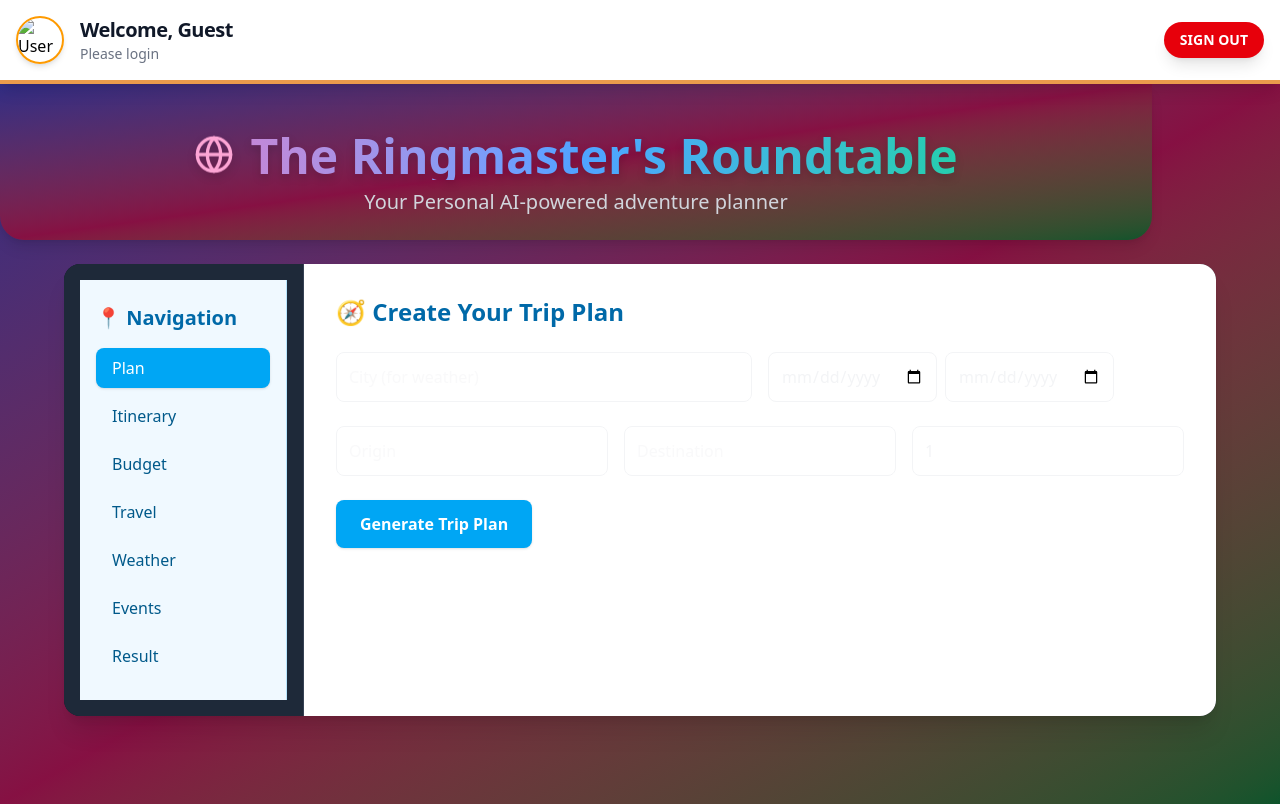
Repository: vega2006/The-Ringmaster-s-Roundtable
Page: /dashboard (app in client/)
These files come from the project's save history. The page is drawn as it stood at one moment and after the next save; the edit follows.
The browser window is 1280 px wide. The pictures show the whole page.
The page's requests for data from a server got no answer. The project was rebuilt for these pictures with package versions that can differ from the ones it lists, and the page was loaded fresh each time. No one was signed in, and anything a server would have sent is missing. Also part of the build but not shown: client/vite.config.js, client/src/components/GoogleLogin.jsx, client/src/components/NotFound.jsx, client/src/components/WeatherContent.jsx, client/src/components/TravelContent.jsx, client/src/components/ItineraryContent.jsx, client/src/components/BudgetContent.jsx, client/src/components/EventsContent.jsx and 11 more.

Above is the page before, as saved 2025-10-10 20:59:39.

### client/src/App.jsx


import { GoogleOAuthProvider } from "@react-oauth/google";
import GoogleLogin from "./components/GoogleLogin";
import { BrowserRouter, Route, Routes, Navigate } from 'react-router-dom';
import { useState } from 'react';
import RefreshHandler from './components/RefreshHandler';
import NotFound from './components/NotFound';
import Dashboard from "./pages/Dashboard";
import Home from "./pages/Home";
import AIDashboard from "./pages/AIDashboard";
export default function App() {
  const [isAuthenticated, setIsAuthenticated] = useState(false);

  const GoogleWrapper = () => (
    <GoogleOAuthProvider clientId="1054190178825-cc3eg87b9uvh9hfn384ge5sqe5hq9l5v.apps.googleusercontent.com">
      <GoogleLogin />
    </GoogleOAuthProvider>
  );

  const PrivateRoute = ({ element }) => {
    return isAuthenticated ? element : element;
  };

  return (
    <BrowserRouter>
      <RefreshHandler setIsAuthenticated={setIsAuthenticated} />
      <Routes>
        {/* Public route for the Home page, where users can sign in */}
        <Route path="/" element={<Home isAuthenticated={isAuthenticated} />} />

        {/* This is the login page. Redirect to home after login. */}
        <Route path="/login" element={<GoogleWrapper />} />

        {/* This is the protected dashboard route */}
        <Route path='/dashboard' element={<PrivateRoute element={<Dashboard />} />} />
         <Route path='/prompt' element={<PrivateRoute element={<AIDashboard />} />} />

        {/* Catch-all route for invalid URLs */}
        <Route path="*" element={<NotFound />} />
      </Routes>
    </BrowserRouter>
  );
}

### client/src/components/RefreshHandler.jsx
import React, { useEffect } from 'react';
import { useLocation, useNavigate } from 'react-router-dom';

function RefrshHandler({ setIsAuthenticated }) {
    const location = useLocation();
    const navigate = useNavigate();

    useEffect(() => {
        const data = localStorage.getItem('user-info');
        const token = JSON.parse(data)?.token;
        if (token) {
            setIsAuthenticated(true);
            if (location.pathname === '/' ||
                location.pathname === '/login'
            ) {
                navigate('/dashboard', { replace: false });
            }
        }
    }, [location, navigate, setIsAuthenticated])

    return (
        null
    )
}

export default RefrshHandler

### client/src/pages/Dashboard.jsx
// import AppHeader from "./components/AppHeader";
// import Sidebar from "./components/Sidebar";
// import MainContent from "./components/MainContent";
// import ContentRouter from "./components/ContentRouter";
// import { TripProvider } from "./contexts/TripContext";

import {TripProvider } from "../contexts/TripContext";
import AppHeader from "../components/AppHeader";
import Sidebar from "../components/Sidebar";
import MainContent from "../components/MainContent";
import ContentRouter from "../components/ContentRouter";
import React, { useEffect, useState } from 'react'
import { useNavigate } from 'react-router-dom';
import PlanByPrompt from "../components/PlanByPrompt";
const Dashboard = () => {

     const [userInfo, setUserInfo] = useState(null);
    const navigate = useNavigate();

    useEffect(()=>{
        const data = localStorage.getItem('user-info');
        const userData = JSON.parse(data);
        setUserInfo(userData);
    },[])

    const handleLogout = ()=>{
        localStorage.removeItem('user-info');
        navigate('/login');
    }


  return (
    <div>
      <div className="sticky top-0 z-10 bg-white shadow-lg p-3 sm:p-4 border-b-4 border-amber-600/70">
                <div className="max-w-7xl mx-auto flex justify-between items-center">

                    {/* User Info Display */}
                    <div className="flex items-center space-x-4">
                        <img
                            className="w-12 h-12 rounded-full object-cover shadow-md border-2 border-amber-500"
                            src={userInfo?.image}
                            alt={userInfo?.name || 'User'}
                            onError={(e) => { e.target.onerror = null; e.target.src="https://placehold.co/40x40/FFC107/333?text=?" }}
                        />
                        <div className="hidden sm:block">
                            <h1 className="text-xl font-bold text-gray-900 tracking-tight">Welcome, {userInfo?.name || 'Guest'}</h1>
                            <h3 className="text-sm text-gray-500">{userInfo?.email || 'Please login'}</h3>
                        </div>
                        <div className="sm:hidden text-lg font-bold text-gray-900">
                           {userInfo?.name ? `Hello, ${userInfo.name.split(' ')[0]}!` : 'Hello!'}
                        </div>
                    </div>

                    {/* Logout Button (Stylized and positioned on the right) */}
                    <button
                        onClick={handleLogout}
                        className="px-4 py-2 bg-red-600 text-white font-semibold rounded-full shadow-lg hover:bg-red-700
                                   transition duration-150 transform hover:scale-[1.02] active:scale-95
                                   focus:outline-none focus:ring-4 focus:ring-red-300 uppercase text-sm"
                    >
                        Sign Out
                    </button>
                </div>
            </div>

      <TripProvider>
       <div className="min-h-screen bg-gradient-to-br from-indigo-900 via-pink-900 to-green-900 font-inter text-white">
  <AppHeader />

 <div className="max-w-6xl mx-auto grid grid-cols-1 md:grid-cols-[240px_1fr]
                bg-gray-900 shadow-xl rounded-2xl overflow-hidden mt-6 mb-8 text-gray-100">

  {/* Sidebar */}
  <div className="bg-gray-800 p-4 border-r border-gray-700">
    <Sidebar />
  </div>

  {/* Main Content */}
  <MainContent>
    <ContentRouter />
  </MainContent>

</div>
</div>


    </TripProvider>

    </div>
  )
}
export default Dashboard;

### client/src/api/api.jsx
import axios from "axios";

const API_BASE = `${import.meta.env.VITE_BACKEND_URL}/api`;


const api = axios.create({
    baseURL: "http://localhost:4000/auth/",
    // withCredentials: true,
});

export const googleAuth = (code) => api.get(`/google?code=${code}`);


export const getWeather = (city, travelDate) =>
  axios.get(`${API_BASE}/weather?city=${encodeURIComponent(city)}&travelDate=${encodeURIComponent(travelDate)}`);
;

export const getRoute = (origin, destination, travelDate) =>
  axios.get(`${API_BASE}/maps?origin=${encodeURIComponent(origin)}&destination=${encodeURIComponent(destination)}&travelDate=${encodeURIComponent(travelDate)}`);


export const getEvents = (destination, startTravelDate, endTravelDate) =>
  axios.get(`${API_BASE}/events`, {
    params: {
      city: destination,
      startDate: startTravelDate,
      endDate: endTravelDate,
    },
  });

export const getTripBudget = async (payload) => {
  // console.log(payload);
  return axios.post(`${API_BASE}/budget`, payload);
};


export const getItinerary = async (destination,startDate, endDate) => {
  return axios.post(`${API_BASE}/itinerary/generate`, {
      destination,
      startDate,
      endDate,
    });
};

### client/src/contexts/TripContext.jsx
import { createContext, useContext, useState, useMemo } from "react";
import { getWeather, getRoute, getTripBudget } from "../api/api";
import { API_URL, RESPONSE_SCHEMA } from "../utils/constants";

const TripContext = createContext(null);

export const useTrip = () => {
  const context = useContext(TripContext);
  if (!context) throw new Error("useTrip must be used within a TripProvider");
  return context;
};
const calculateDuration = (start, end) => {
  if (!start || !end) return 0;

  const startDate = new Date(start + "T00:00:00Z");
  const endDate = new Date(end + "T00:00:00Z");

  if (isNaN(startDate.getTime()) || isNaN(endDate.getTime())) return 0;

  const timeDifference = endDate.getTime() - startDate.getTime();

  const dayDifference = Math.round(timeDifference / (1000 * 3600 * 24));

  return Math.max(1, dayDifference + 1);
};
export const TripProvider = ({ children }) => {
  const [itinerary,setItinerary]=useState([]);
  const [events,setEvents]=useState([]);
  const [AIResult,setAIResult]=useState("");
  const [prompt, setPrompt] = useState("");
  const [tripPlan, setTripPlan] = useState(null);
  const [isLoading, setIsLoading] = useState(false);
  const [error, setError] = useState(null);
  const [tabId,setTabId]=useState(null);
  const [city, setCity] = useState("");
  const [origin, setOrigin] = useState("");
  const [destination, setDestination] = useState("");
  const [startTravelDate, setStartTravelDate] = useState("");
  const [endTravelDate, setEndTravelDate] = useState("");

  const [activeTab, setActiveTab] = useState("Plan");
  const [manualWeather, setManualWeather] = useState(null);
  const [manualRoute, setManualRoute] = useState([]);

  const [eventsCache, setEventsCache] = useState({});
  const [budgetEstimate, setBudgetEstimate] = useState(null);
  const [numPeople, setNumPeople] = useState(1);

  const isLLMPlanning = useMemo(() => prompt.trim().length > 0, [prompt]);
  const isManualLookup = useMemo(
    () => !isLLMPlanning && (city || (origin && destination)),
    [isLLMPlanning, city, origin, destination]
  );
  const isResultAvailable = tripPlan || manualWeather || manualRoute;

  const generateTripPlan = async () => {
    if (!isLLMPlanning && !isManualLookup) {
      setError(
        "Please enter a detailed prompt OR fill out the City/Route fields."
      );
      return;
    }

    setIsLoading(true);
    setError(null);
    setTripPlan(null);
    setManualWeather(null);
    setManualRoute(null);

    if (isLLMPlanning) {
      // setActiveTab("Itinerary");
      // let fullPrompt = prompt;
      // if (city) fullPrompt += ` (Focus City: ${city})`;
      // if (origin && destination)
      //   fullPrompt += ` (Route: ${origin} to ${destination})`;
      // if (startTravelDate) fullPrompt += ` (Starting Date: ${startTravelDate})`;

      // const payload = {
      //   contents: [{ parts: [{ text: fullPrompt }] }],
      //   systemInstruction: {
      //     parts: [{ text: "Generate a structured trip plan." }],
      //   },
      //   generationConfig: {
      //     responseMimeType: "application/json",
      //     responseSchema: RESPONSE_SCHEMA,
      //   },
      //   tools: [{ google_search: {} }],
      // };

      // try {
      //   const res = await fetch(API_URL, {
      //     method: "POST",
      //     headers: { "Content-Type": "application/json" },
      //     body: JSON.stringify(payload),
      //   });

      //   const result = await res.json();
      //   const jsonText = result.candidates?.[0]?.content?.parts?.[0]?.text;
      //   setTripPlan(jsonText ? JSON.parse(jsonText) : null);
      // } catch (err) {
      //   setError(`Failed to process the plan: ${err.message}`);
      // }
    } else {
      setActiveTab("Weather");
      const tripDuration = calculateDuration(startTravelDate, endTravelDate);
      setTripPlan({ ...tripPlan, duration_days: tripDuration });
      if (city && startTravelDate) {
        const weatherRes = await getWeather(city, startTravelDate);
        setManualWeather(weatherRes.data);
        // console.log(weatherRes.data);
      }
      if (origin && destination && startTravelDate) {
        const routeRes = await getRoute(origin, destination, startTravelDate);
        setManualRoute({
          origin,
          destination,
          routes:routeRes.data,
        });
      }
      if (origin && destination && startTravelDate && endTravelDate) {
            try {
                const tripData = {
                    origin,
                    destination,
                    startTravelDate,
                    endTravelDate,

                    numPeople: numPeople,
                };


                const budgetRes = await getTripBudget(tripData);
                // console.log(budgetRes.data);


                setBudgetEstimate(budgetRes.data);
                // console.log(budgetEstimate);

                setActiveTab("Budget");

            } catch (err) {
                console.error("Budget estimation failed:", err);
                setError("Failed to calculate budget. Please check server connection.");
            }
        }
    }
    setIsLoading(false);
  };

  return (
    <TripContext.Provider
      value={{
        activeTab,
        setActiveTab,
        isLoading,
        error,
        isResultAvailable,
        prompt,
        setPrompt,
        city,
        setCity,
        origin,
        setOrigin,
        destination,
        setDestination,
        startTravelDate,
        setStartTravelDate,
        endTravelDate,
        setEndTravelDate,
        tripPlan,
        manualWeather,
        setManualWeather,
        manualRoute,
        setManualRoute,
        generateTripPlan,
        isLLMPlanning,
        isManualLookup,
        eventsCache,
        setEventsCache,
        numPeople,
        setNumPeople,
        budgetEstimate,
        setBudgetEstimate,
        events,
        setEvents,
        itinerary,
        setItinerary,
        AIResult,
        setAIResult,
        tabId,
        setTabId
      }}
    >
      {children}
    </TripContext.Provider>
  );
};

### client/src/components/AppHeader.jsx
import React from 'react';
import { Globe } from 'lucide-react';

const AppHeader = () => (
  <div className="w-full max-w-6xl text-center pt-12 pb-6 bg-gradient-to-br from-indigo-900 via-pink-900 to-green-900 rounded-b-3xl shadow-lg">
    <h1 className="text-4xl sm:text-5xl font-extrabold text-transparent bg-clip-text bg-gradient-to-r from-pink-400 via-blue-400 to-green-400 drop-shadow-lg flex items-center justify-center mx-auto">
      <Globe className="w-8 h-8 sm:w-10 sm:h-10 mr-4 text-pink-300 animate-bounce" />
      The Ringmaster's Roundtable
    </h1>
    <p className="text-center text-lg sm:text-xl text-gray-300 mt-2">
      Your Personal AI-powered adventure planner
    </p>
  </div>
);

export default AppHeader;

### client/src/components/Sidebar.jsx
import { useTrip } from "../contexts/TripContext";
import { TABS } from "../utils/constants";

export default function Sidebar() {
  const { activeTab, setActiveTab, isResultAvailable } = useTrip();

  return (
    <aside className="bg-sky-50 border-r border-sky-200 py-6 px-4">
      <h2 className="text-xl font-semibold mb-4 text-sky-700">📍 Navigation</h2>
      <nav className="flex flex-col space-y-2">
        {TABS.map((tab) => (
          <button
            key={tab}
            disabled={tab !== "Plan" && !isResultAvailable}
            onClick={() => setActiveTab(tab)}
            className={`px-4 py-2 text-left rounded-lg font-medium transition-all ${
              activeTab === tab
                ? "bg-sky-500 text-white shadow"
                : "hover:bg-sky-100 text-sky-800"
            } ${tab !== "Plan" && !isResultAvailable ? "opacity-50 cursor-not-allowed" : ""}`}
          >
            {tab}
          </button>
        ))}
      </nav>
    </aside>
  );
}

### client/src/components/MainContent.jsx
export default function MainContent({ children }) {
  return (
    <main className="p-8 bg-white overflow-y-auto">
      {children}
    </main>
  );
}

### client/src/components/ContentRouter.jsx
import { useTrip } from "../contexts/TripContext";
import PlanInput from "./PlanInput";
import WeatherContent from "./WeatherContent";
import TravelContent from "./TravelContent";
import ItineraryContent from "./ItineraryContent";
import BudgetContent from "./BudgetContent";
import EventsContent from "./EventsContent";

export default function ContentRouter() {
  const { activeTab } = useTrip();

  switch (activeTab) {
    case "Plan": return <PlanInput />;
    case "Weather": return <WeatherContent />;
    case "Travel": return <TravelContent />;
    case "Itinerary": return <ItineraryContent />;
    case "Budget": return <BudgetContent />;
    case "Events": return <EventsContent />;
    default: return <PlanInput />;
  }
}

### client/src/utils/constants.jsx
export const API_KEY = "";
export const API_URL = `https://generativelanguage.googleapis.com/v1beta/models/gemini-2.5-flash-preview-05-20:generateContent?key=${API_KEY}`;

export const TABS = ["Plan", "Itinerary", "Budget", "Travel", "Weather", "Events","Result"];

export const RESPONSE_SCHEMA = {
  type: "OBJECT",
  properties: {
    destination: { type: "STRING" },
    duration_days: { type: "NUMBER" },
    summary: { type: "STRING" },
    itinerary: {
      type: "ARRAY",
      items: {
        type: "OBJECT",
        properties: {
          day: { type: "NUMBER" },
          date: { type: "STRING" },
          activities: { type: "ARRAY", items: { type: "STRING" } },
        },
      },
    },
  },
};

### client/src/components/PlanInput.jsx
import { useTrip } from "../contexts/TripContext";

export default function PlanInput() {
  const {
    prompt, setPrompt,
    city, setCity,
    origin, setOrigin,
    destination, setDestination,
    startTravelDate, setStartTravelDate,
    endTravelDate, setEndTravelDate,
    generateTripPlan,
    isLoading, error,
    numPeople, setNumPeople
  } = useTrip();

  return (
    <div className="space-y-6">
      <h2 className="text-2xl font-semibold text-sky-700">🧭 Create Your Trip Plan</h2>

      <div className="grid grid-cols-1 md:grid-cols-2 gap-4">
        <input
          type="text"
          placeholder="City (for weather)"
          value={city}
          onChange={(e) => setCity(e.target.value)}
          className="p-3 border rounded-lg focus:ring-2 focus:ring-sky-400"
        />
        <div className="flex space-x-2">
          <input
            type="date"
            value={startTravelDate}
            onChange={(e) => setStartTravelDate(e.target.value)}
            className="p-3 border rounded-lg focus:ring-2 focus:ring-sky-400"
            placeholder="Start Date"
          />
          <input
            type="date"
            value={endTravelDate}
            onChange={(e) => setEndTravelDate(e.target.value)}
            className="p-3 border rounded-lg focus:ring-2 focus:ring-sky-400"
            placeholder="End Date"
          />
        </div>
      </div>

      <div className="grid grid-cols-1 md:grid-cols-3 gap-4">
        <input
          type="text"
          placeholder="Origin"
          value={origin}
          onChange={(e) => setOrigin(e.target.value)}
          className="p-3 border rounded-lg focus:ring-2 focus:ring-sky-400"
        />
        <input
          type="text"
          placeholder="Destination"
          value={destination}
          onChange={(e) => setDestination(e.target.value)}
          className="p-3 border rounded-lg focus:ring-2 focus:ring-sky-400"
        />
        <input
          type="number"
          min="1"
          value={numPeople}
          onChange={(e) => setNumPeople(e.target.value)}
          className="p-3 border rounded-lg focus:ring-2 focus:ring-sky-400"
          placeholder="Number of People"
        />
      </div>

      {error && <p className="text-red-500 text-sm">{error}</p>}

      <button
        onClick={generateTripPlan}
        disabled={isLoading}
        className="bg-sky-500 text-white font-semibold px-6 py-3 rounded-lg shadow hover:bg-sky-600 transition-all"
      >
        {isLoading ? "Planning..." : "Generate Trip Plan"}
      </button>
    </div>
  );
}

Loaded but not shown: client/index.html (common file); client/src/main.jsx (common file); client/src/index.css (common file)

After the next save:
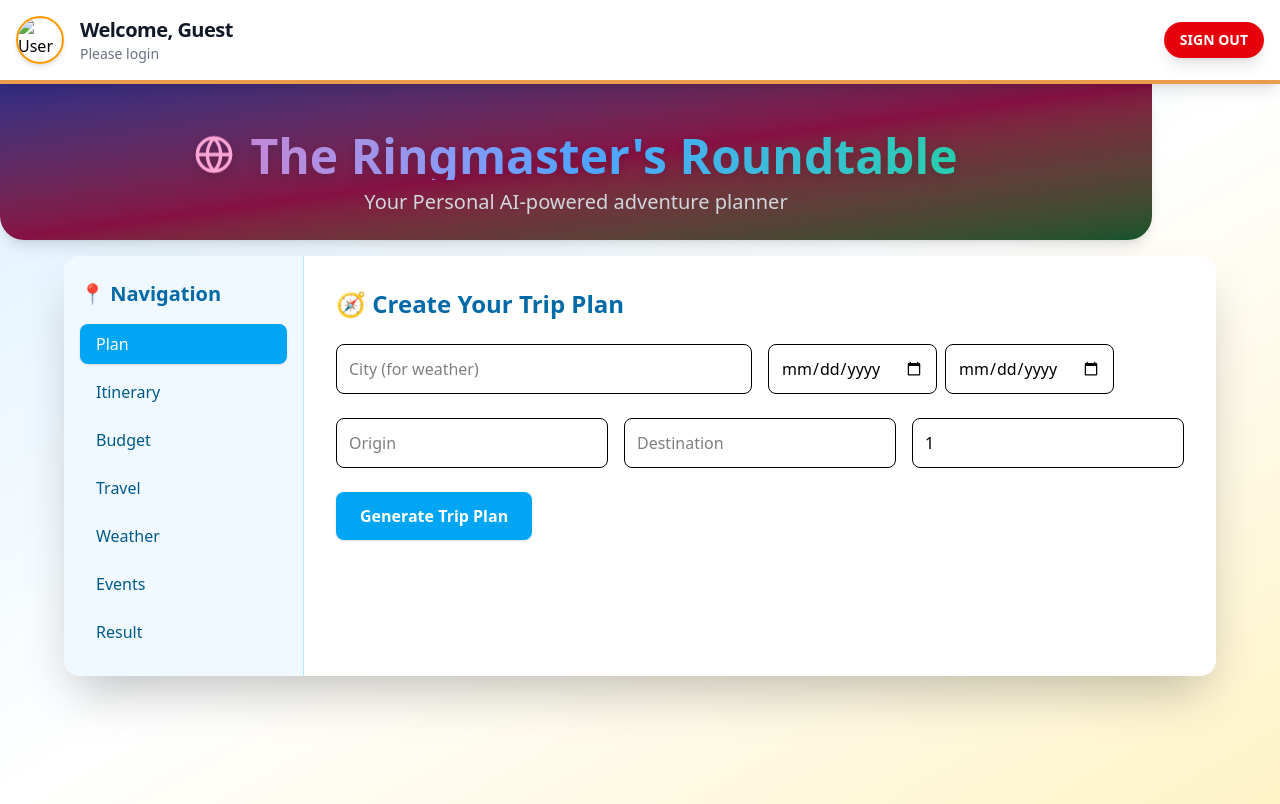
Saved 8 s later.
--- a/client/src/pages/Dashboard.jsx
+++ b/client/src/pages/Dashboard.jsx
@@ -64,29 +64,53 @@ const Dashboard = () => {
             </div>
 
       <TripProvider>
-       <div className="min-h-screen bg-gradient-to-br from-indigo-900 via-pink-900 to-green-900 font-inter text-white">
-  <AppHeader />
+        <div className="min-h-screen bg-gradient-to-br from-sky-100 via-white to-amber-100 font-inter">
+          <AppHeader />
+          <div className="max-w-6xl mx-auto grid grid-cols-1 md:grid-cols-[240px_1fr] bg-white shadow-2xl rounded-2xl overflow-hidden mt-4 mb-8">
+            <Sidebar />
 
- <div className="max-w-6xl mx-auto grid grid-cols-1 md:grid-cols-[240px_1fr]
-                bg-gray-900 shadow-xl rounded-2xl overflow-hidden mt-6 mb-8 text-gray-100">
+            <MainContent>
 
-  {/* Sidebar */}
-  <div className="bg-gray-800 p-4 border-r border-gray-700">
-    <Sidebar />
-  </div>
-
-  {/* Main Content */}
-  <MainContent>
-    <ContentRouter />
-  </MainContent>
-
-</div>
-</div>
-
-
+              <ContentRouter />
+            </MainContent>
+          </div>
+        </div>
     </TripProvider>
 
     </div>
   )
 }
-export default Dashboard;
+export default Dashboard
+
+
+// import React, { useEffect, useState } from 'react'
+// import { useNavigate } from 'react-router-dom';
+
+// const Dashboard = () => {
+    // const [userInfo, setUserInfo] = useState(null);
+    // const navigate = useNavigate();
+
+    // useEffect(()=>{
+    //     const data = localStorage.getItem('user-info');
+    //     const userData = JSON.parse(data);
+    //     setUserInfo(userData);
+    // },[])
+
+    // const handleLogout = ()=>{
+    //     localStorage.removeItem('user-info');
+    //     navigate('/login');
+    // }
+
+//     return (
+//         <>
+            // <h1>Welcome {userInfo?.name}</h1>
+            // <h3>{userInfo?.email}</h3>
+            // <img src={userInfo?.image} alt={userInfo?.name}/>
+            // <button onClick={handleLogout}
+            // >Logout
+            // </button>
+//         </>
+//     )
+// }
+
+// export default Dashboard
